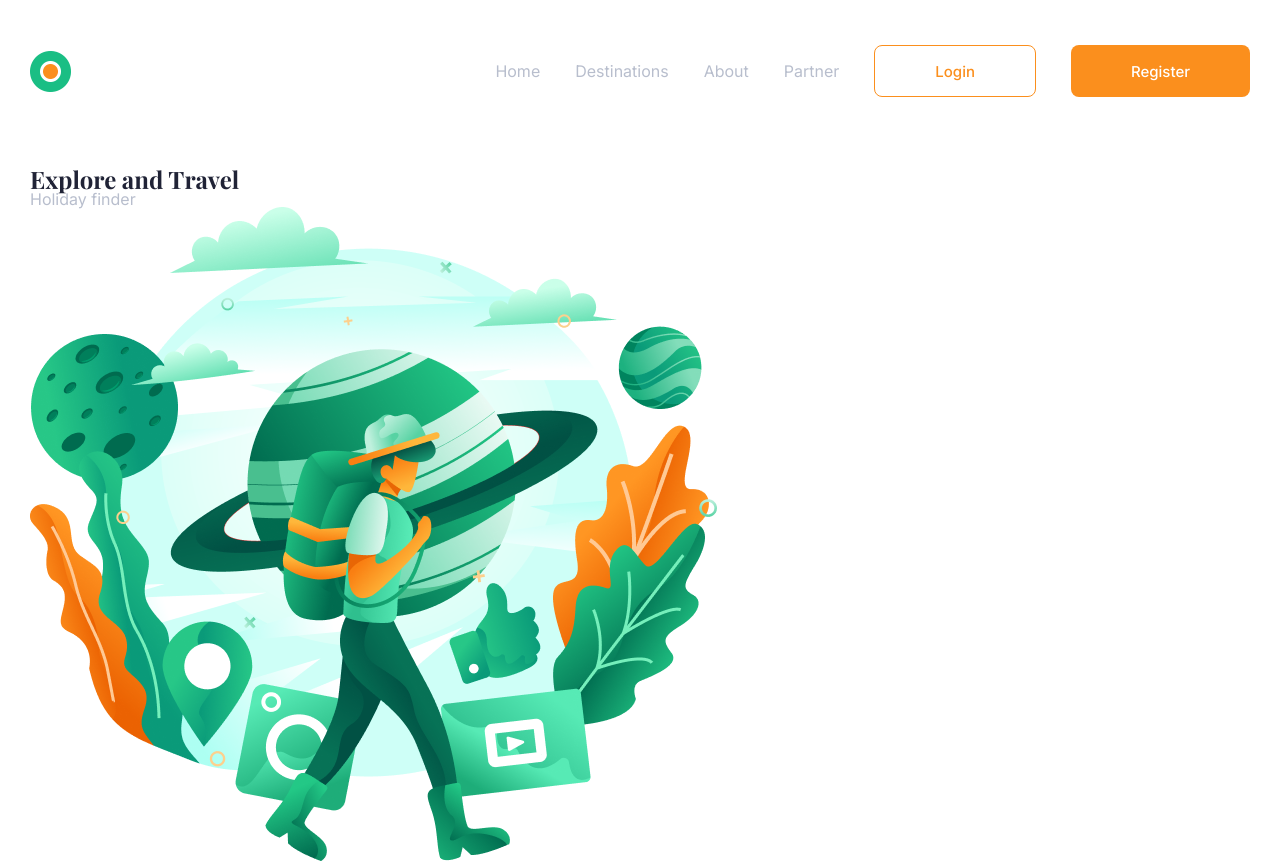
Repository: long5122000/sunny
Page: index.html
The author's editor kept a copy of each file at every save. The page is drawn from the files as they stood at one save, then again after the next save.
The browser window is 1280 px wide. The pictures show the whole page.
The style sheet was rebuilt from its Sass, Less or Tailwind sources for each picture, by a compiler version that may differ from the author's.

Above is the page before, as saved 2021-11-24 20:00:27.

After the next save:
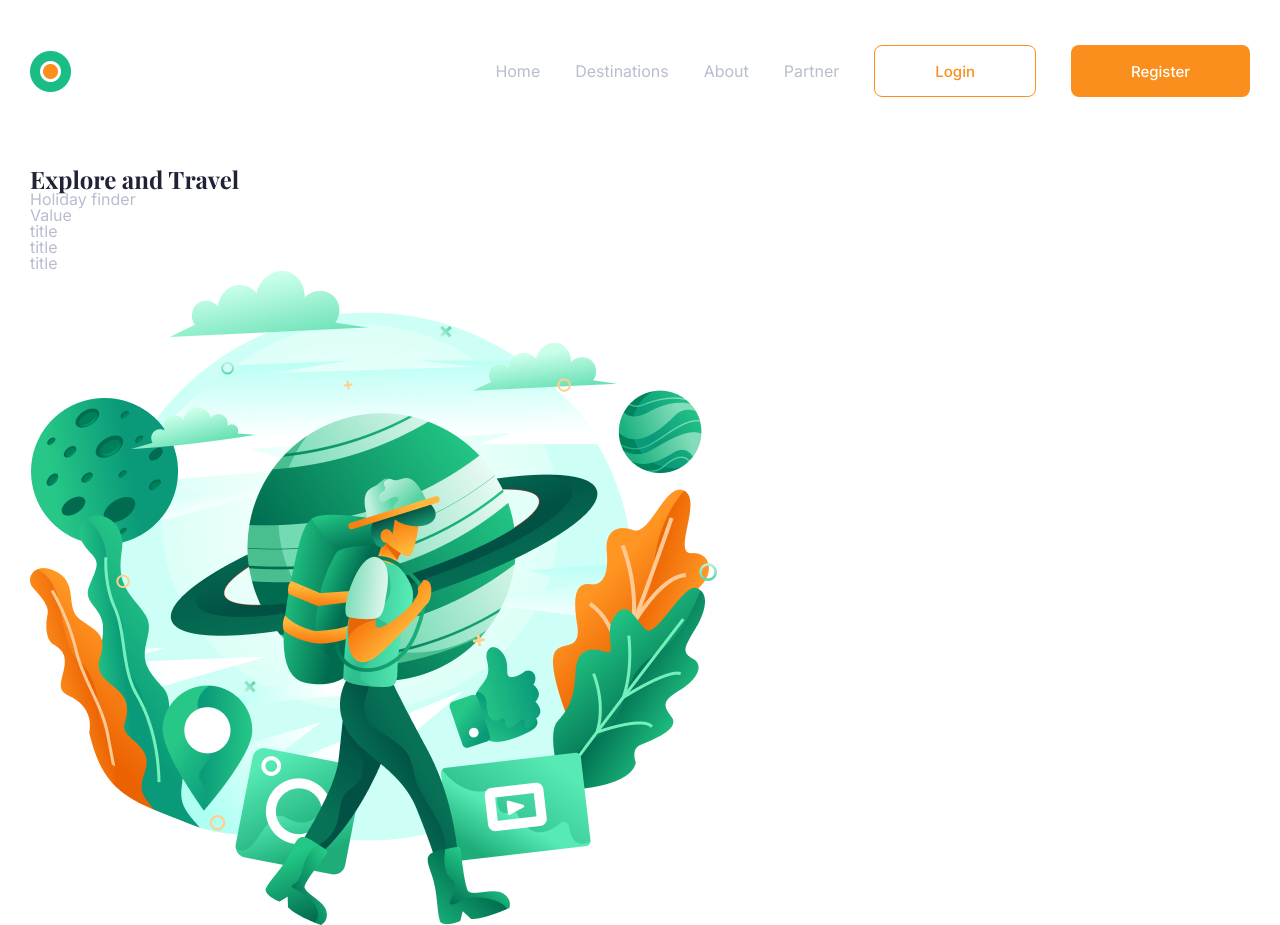
Saved 84 s later.
--- a/index.html
+++ b/index.html
@@ -49,6 +49,18 @@
               <div class="hero-content">
                 <h1 class="heading hero-heading">Explore and Travel</h1>
                 <div class="hero-caption">Holiday finder</div>
+                <div class="hero-form">
+                  <div class="dropdown">
+                    <div class="dropdown-select">
+                      <span class="dropdown-value">Value</span>
+                    </div>
+                    <div class="dropdown-list">
+                      <div class="dropdown-item">title</div>
+                      <div class="dropdown-item">title</div>
+                      <div class="dropdown-item">title</div>
+                    </div>
+                  </div>
+                </div>
               </div>
               <div class="hero-image">
                 <img srcset="./images/img1.png 2x" alt="" />
